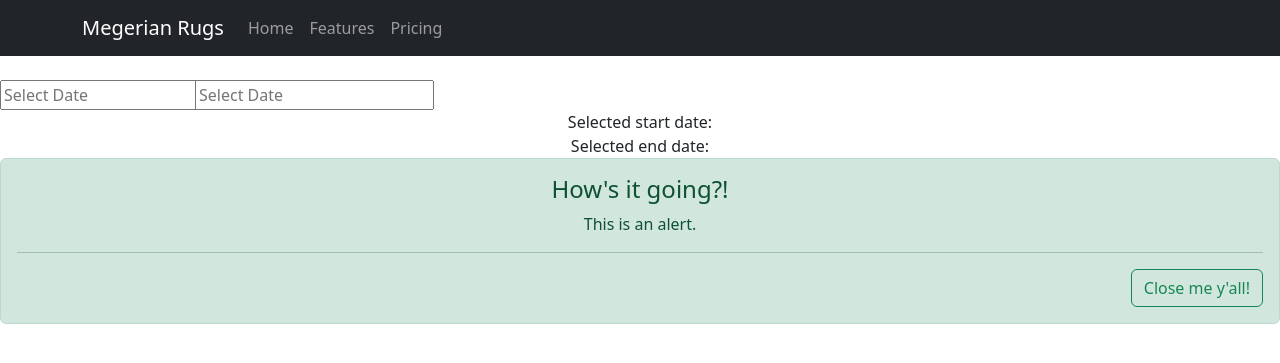
Repository: LizAcu/RugTest
Page: /
These files come from the project's save history. The page is drawn as it stood at one moment and after the next save; the edit follows.
The browser window is 1280 px wide. The pictures show the whole page.
The project was rebuilt for these pictures with package versions that can differ from the ones it lists, and the page was loaded fresh each time.

Above is the page before, as saved 2022-08-25 13:25:59.

After the next save:
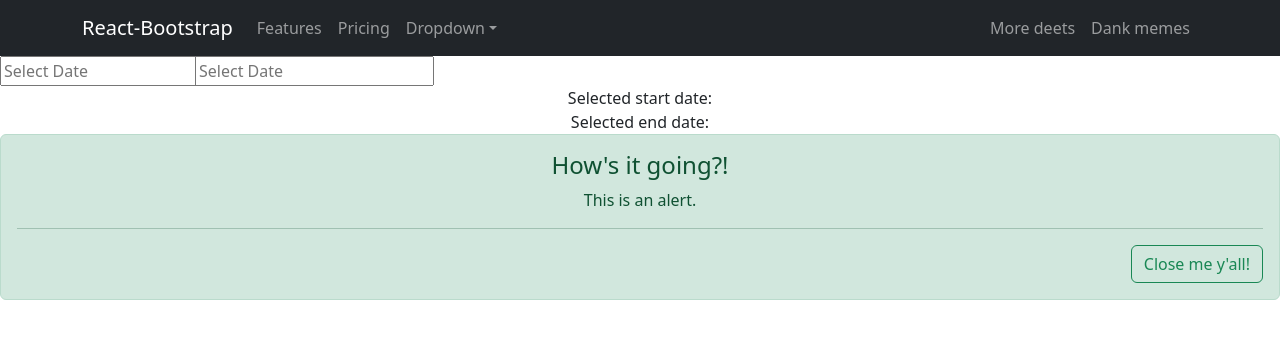
Saved 5 min 22 s later.
--- a/src/NavBar/NavBar.js
+++ b/src/NavBar/NavBar.js
@@ -7,21 +7,53 @@ import NavDropdown from 'react-bootstrap/NavDropdown';
 const NavBar = () => {
 
     return (
-        <>
-          <Navbar bg="dark" variant="dark">
-            <Container>
-              <Navbar.Brand href="#home">Megerian Rugs</Navbar.Brand>
+        <Navbar collapseOnSelect expand="lg" bg="dark" variant="dark">
+          <Container>
+            <Navbar.Brand href="#home">React-Bootstrap</Navbar.Brand>
+            <Navbar.Toggle aria-controls="responsive-navbar-nav" />
+            <Navbar.Collapse id="responsive-navbar-nav">
               <Nav className="me-auto">
-                <Nav.Link href="#home">Home</Nav.Link>
                 <Nav.Link href="#features">Features</Nav.Link>
                 <Nav.Link href="#pricing">Pricing</Nav.Link>
+                <NavDropdown title="Dropdown" id="collasible-nav-dropdown">
+                  <NavDropdown.Item href="#action/3.1">Action</NavDropdown.Item>
+                  <NavDropdown.Item href="#action/3.2">
+                    Another action
+                  </NavDropdown.Item>
+                  <NavDropdown.Item href="#action/3.3">Something</NavDropdown.Item>
+                  <NavDropdown.Divider />
+                  <NavDropdown.Item href="#action/3.4">
+                    Separated link
+                  </NavDropdown.Item>
+                </NavDropdown>
               </Nav>
-            </Container>
-          </Navbar>
-          <br />
+              <Nav>
+                <Nav.Link href="#deets">More deets</Nav.Link>
+                <Nav.Link eventKey={2} href="#memes">
+                  Dank memes
+                </Nav.Link>
+              </Nav>
+            </Navbar.Collapse>
+          </Container>
+        </Navbar>
+      );
 
-        </>
-      );
+    // return (
+        // <>
+        //   <Navbar bg="dark" variant="dark">
+            // <Container>
+            //   <Navbar.Brand href="#home">Megerian Rugs</Navbar.Brand>
+            //   <Nav className="me-auto">
+                // <Nav.Link href="#home">Home</Nav.Link>
+                // <Nav.Link href="#features">Features</Nav.Link>
+                // <Nav.Link href="#pricing">Pricing</Nav.Link>
+            //   </Nav>
+            // </Container>
+        //   </Navbar>
+        //   <br />
+
+        // </>
+    //   );
 
 }
 
